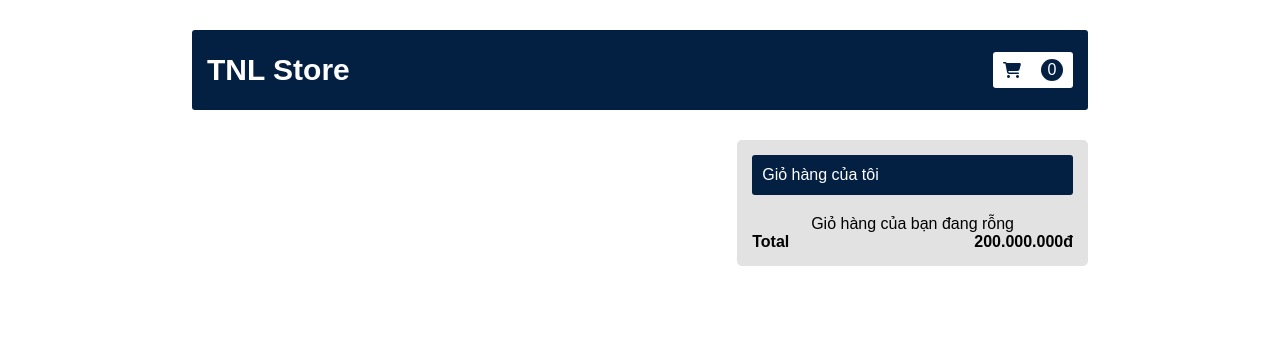
Repository: HPNChanel/DACS
Page: shopcart/shopcart.html
The author's editor kept a copy of each file at every save. The page is drawn from the files as they stood at one save, then again after the next save.
The browser window is 1280 px wide. The pictures show the whole page.
Some web libraries are served in a nearby version.

Above is the page before, as saved 2023-04-14 14:30:46.

After the next save:
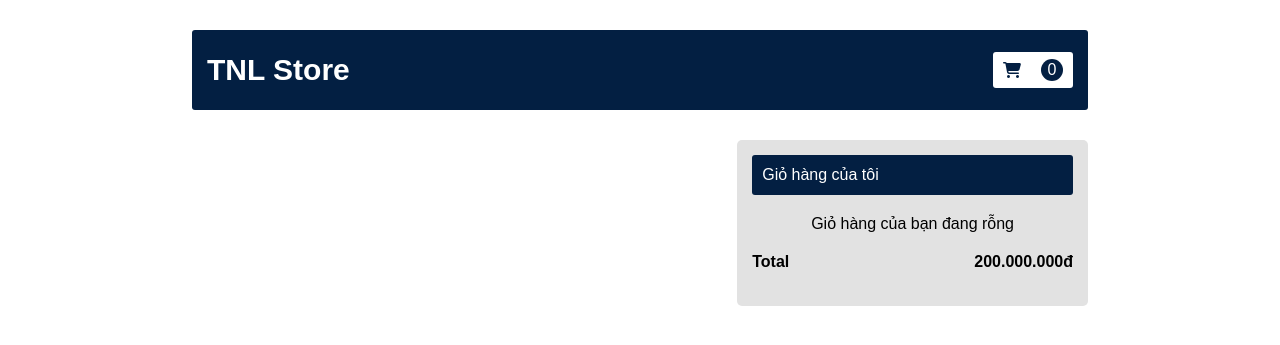
Saved 5 s later.
--- a/shopcart/shopcart.css
+++ b/shopcart/shopcart.css
@@ -83,5 +83,5 @@
 .foot{
     display: flex;
     justify-content: space-between;
-    margin
+    margin: 20px 0px
 }
